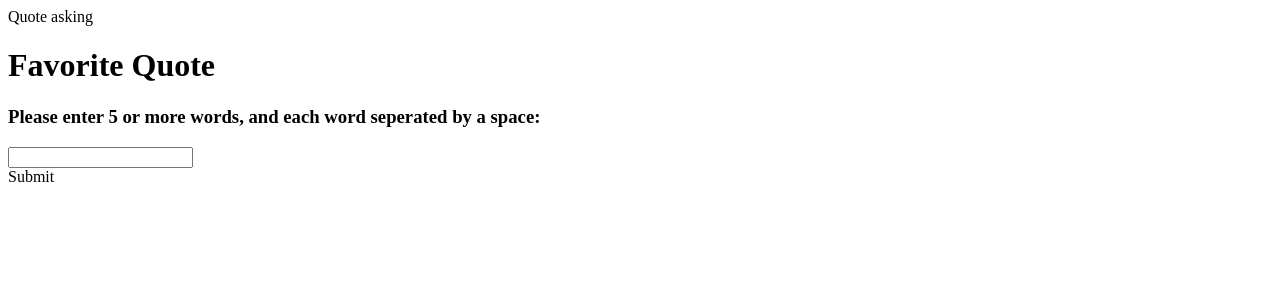
Repository: Lpanglb/COSW30
Page: Homework/HW4/quote.html
The author's editor kept a record of every edit. The page is drawn from the files as they stood at one moment, then again after the next edit.
The browser window is 1280 px wide. The pictures show the whole page.

Above is the page before.

After the next edit:
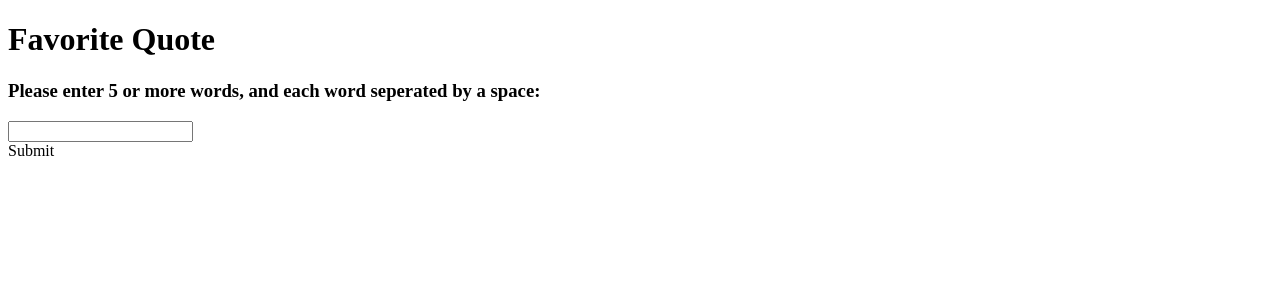
The edit:
--- a/Homework/HW4/quote.html
+++ b/Homework/HW4/quote.html
@@ -3,7 +3,7 @@
 <html>
     <head>
 
-        <header>Quote asking</header>
+        <title>Quote asking</title>
 
     </head>
 
